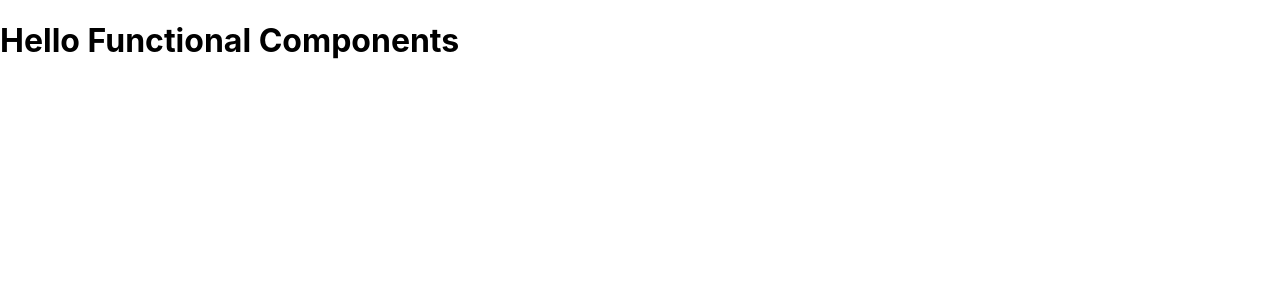
Repository: NPhanA/React2022
Page: / (app in Day 06-React real/demo/)
These files come from the project's save history. The page is drawn as it stood at one moment and after the next save; the edit follows.
The browser window is 1280 px wide. The pictures show the whole page.
The project was rebuilt for these pictures with package versions that can differ from the ones it lists, and the page was loaded fresh each time. Also part of the build but not shown: Day 06-React real/demo/src/App.js.

Above is the page before, as saved 2022-07-26 14:56:03.

After the next save:
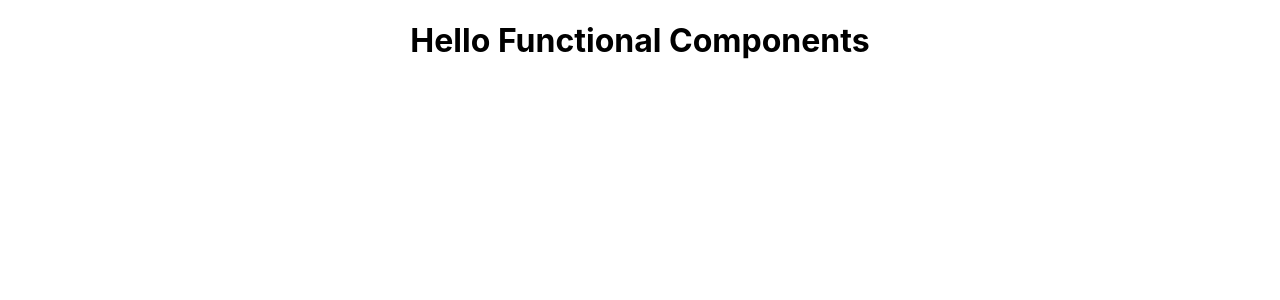
Saved 19 s later.
--- a/Day 06-React real/demo/src/index.js
+++ b/Day 06-React real/demo/src/index.js
@@ -5,4 +5,4 @@ import {createRoot} from 'react-dom/client';
 import HelloFunctionComp from './Components/HelloFunctionComp';
 const container = document.getElementById('root');
 const root = createRoot(container);
-root.render(<HelloFunctionComp />);
+root.render(<HelloFunctionComp className="App"/>);
